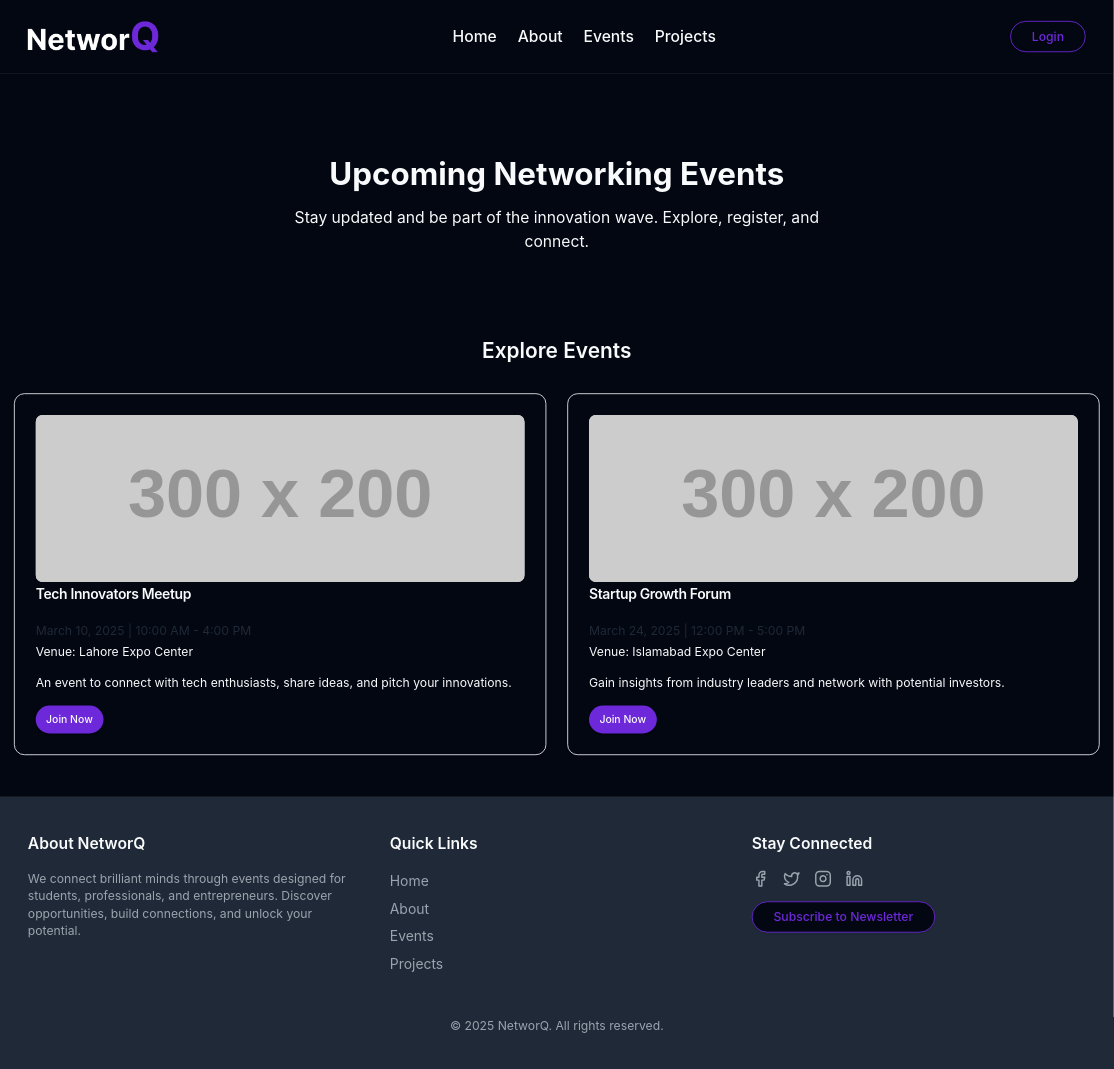
Repository: Wahab3917/Red-Pill-Coders-Hackathon-Submission
Page: /events (app in frontend/)
An editor plug-in stored every save of this project. The page is shown before and after the next save, followed by the edit.
The browser window is 1280 px wide. The pictures show the whole page, at 87% of full size.
The project was rebuilt for these pictures with package versions that can differ from the ones it lists, and the page was loaded fresh each time. Also part of the build but not shown: frontend/vite.config.js, frontend/src/layouts/AuthLayout.jsx, frontend/src/pages/Home.jsx, frontend/src/pages/About.jsx, frontend/src/pages/Project.jsx.

Above is the page before, as saved 2025-01-25 13:04:12.

### frontend/index.html
<!doctype html>
<html lang="en" class="dark">
  <head>
    <meta charset="UTF-8" />
    <link rel="icon" type="image/svg+xml" href="./src/assets/favicon.png" />
    <meta name="viewport" content="width=device-width, initial-scale=1.0" />
    <title>NetworQ</title>
  </head>
  <body>
    <div id="root"></div>
    <script type="module" src="/src/main.jsx"></script>
  </body>
</html>

### frontend/src/App.jsx
import { BrowserRouter as Router, Routes, Route } from "react-router-dom";
import AuthLayout from "./layouts/AuthLayout";
import PageLayout from "./layouts/pageLayout";

// PAGES
import Home from "./pages/Home.jsx";
import About from "./pages/About.jsx";
import Event from "./pages/Event.jsx";
import Project from "./pages/Project.jsx";
function App() {
  return (
    <Router>
      <Routes>
        <Route
          path="/"
          element={
            <PageLayout>
              <Home />
            </PageLayout>
          }
        />
        <Route
          path="/about"
          element={
            <PageLayout>
              <About />
            </PageLayout>
          }
        />
        <Route
          path="/events"
          element={
            <PageLayout>
              <Event />
            </PageLayout>
          }
        />
        <Route
          path="/projects"
          element={
            <PageLayout>
              <Project />
            </PageLayout>
          }
        />
      </Routes>
    </Router>
  );
}

export default App;

### frontend/src/layouts/PageLayout.jsx
import React from 'react';
import { Header, Footer } from '../components';

function PageLayout({children}) {
  return (
    <div className='min-h-screen flex flex-wrap content-between bg-gray-100'>
      <div className='w-full block'>
        <Header />
          <main>
            {children}
          </main>
        <Footer />
      </div>
    </div>
  )
}

export default PageLayout

### frontend/src/pages/Event.jsx
import { useState } from "react";
import { Button } from "@/components/ui/button";
import { Card, CardContent, CardHeader, CardTitle } from "@/components/ui/card";

import Image1 from "@/assets/images/chair.jpg";
import Image2 from "@/assets/images/people.jpg";
const eventsData = [
  {
    name: "Tech Innovators Meetup",
    date: "March 10, 2025",
    time: "10:00 AM - 4:00 PM",
    venue: "Lahore Expo Center",
    description:
      "An event to connect with tech enthusiasts, share ideas, and pitch your innovations.",
  },
  {
    name: "Startup Growth Forum",
    date: "March 24, 2025",
    time: "12:00 PM - 5:00 PM",
    venue: "Islamabad Expo Center",
    description:
      "Gain insights from industry leaders and network with potential investors.",
  },
];

export default function EventsPage() {
  const [isLoggedIn, setIsLoggedIn] = useState(true); // Toggle login state

  return (
    <>
      <main>
        <div className="relative h-full w-full bg-white">
          <div className="absolute h-full w-full bg-[radial-gradient(#e5e7eb_1px,transparent_1px)] [background-size:16px_16px] [mask-image:radial-gradient(ellipse_50%_50%_at_50%_50%,#000_70%,transparent_100%)]"></div>
        </div>

        <div className="bg-background text-foreground min-h-screen">
          {/* Events Header */}
          <section className="pt-24 pb-12">
            <div className="container mx-auto px-4 text-center">
              <h1 className="text-4xl font-bold mb-4">
                Upcoming Networking Events
              </h1>
              <p className="text-lg max-w-2xl mx-auto">
                Stay updated and be part of the innovation wave. Explore,
                register, and connect.
              </p>
            </div>
          </section>

          {/* Events List */}
          <section className="py-12">
            <div className="container mx-auto px-4">
              <h2 className="text-2xl font-semibold text-center mb-8">
                Explore Events
              </h2>
              <div className="grid grid-cols-1 sm:grid-cols-2 gap-6">
                {eventsData.map((event, index) => (
                  <Card key={index}>
                    <CardHeader>
                      {/* Placeholder Image */}
                      <div className="w-full h-48 bg-gray-200 rounded-lg overflow-hidden">
                        <img
                          src="https://via.placeholder.com/300x200"
                          alt={event.name}
                          className="w-full h-full object-cover"
                        />
                      </div>
                      <CardTitle className="mt-4">{event.name}</CardTitle>
                    </CardHeader>
                    <CardContent>
                      <p className="text-sm text-muted">
                        {event.date} | {event.time}
                      </p>
                      <p className="text-sm mt-1">Venue: {event.venue}</p>
                      <p className="text-sm mt-4">{event.description}</p>
                      {isLoggedIn ? (
                        <Button
                          size="sm"
                          className="bg-primary text-primary-foreground mt-4 rounded-full"
                        >
                          Join Now
                        </Button>
                      ) : (
                        <p className="text-sm text-muted mt-4">
                          Log in to register for this event.
                        </p>
                      )}
                    </CardContent>
                  </Card>
                ))}
              </div>
            </div>
          </section>
        </div>
      </main>
    </>
  );
}

### frontend/src/components/index.js
import Header from "./Header/Header";
import Footer from "./Footer/Footer";

export {
  Header, Footer
}

### frontend/src/components/ui/button.jsx
import * as React from "react"
import { Slot } from "@radix-ui/react-slot"
import { cva } from "class-variance-authority";

import { cn } from "@/lib/utils"

const buttonVariants = cva(
  "inline-flex items-center justify-center gap-2 whitespace-nowrap rounded-md text-sm font-medium transition-colors focus-visible:outline-none focus-visible:ring-1 focus-visible:ring-ring disabled:pointer-events-none disabled:opacity-50 [&_svg]:pointer-events-none [&_svg]:size-4 [&_svg]:shrink-0",
  {
    variants: {
      variant: {
        default:
          "bg-primary text-primary-foreground shadow hover:bg-primary/90",
        destructive:
          "bg-destructive text-destructive-foreground shadow-sm hover:bg-destructive/90",
        outline:
          "border border-input bg-background shadow-sm hover:bg-accent hover:text-accent-foreground",
        secondary:
          "bg-secondary text-secondary-foreground shadow-sm hover:bg-secondary/80",
        ghost: "hover:bg-accent hover:text-accent-foreground",
        link: "text-primary underline-offset-4 hover:underline",
      },
      size: {
        default: "h-9 px-4 py-2",
        sm: "h-8 rounded-md px-3 text-xs",
        lg: "h-10 rounded-md px-8",
        icon: "h-9 w-9",
      },
    },
    defaultVariants: {
      variant: "default",
      size: "default",
    },
  }
)

const Button = React.forwardRef(({ className, variant, size, asChild = false, ...props }, ref) => {
  const Comp = asChild ? Slot : "button"
  return (
    (<Comp
      className={cn(buttonVariants({ variant, size, className }))}
      ref={ref}
      {...props} />)
  );
})
Button.displayName = "Button"

export { Button, buttonVariants }

### frontend/src/components/ui/card.jsx
import * as React from "react"

import { cn } from "@/lib/utils"

const Card = React.forwardRef(({ className, ...props }, ref) => (
  <div
    ref={ref}
    className={cn("rounded-xl border bg-card text-card-foreground shadow", className)}
    {...props} />
))
Card.displayName = "Card"

const CardHeader = React.forwardRef(({ className, ...props }, ref) => (
  <div
    ref={ref}
    className={cn("flex flex-col space-y-1.5 p-6", className)}
    {...props} />
))
CardHeader.displayName = "CardHeader"

const CardTitle = React.forwardRef(({ className, ...props }, ref) => (
  <div
    ref={ref}
    className={cn("font-semibold leading-none tracking-tight", className)}
    {...props} />
))
CardTitle.displayName = "CardTitle"

const CardDescription = React.forwardRef(({ className, ...props }, ref) => (
  <div
    ref={ref}
    className={cn("text-sm text-muted-foreground", className)}
    {...props} />
))
CardDescription.displayName = "CardDescription"

const CardContent = React.forwardRef(({ className, ...props }, ref) => (
  <div ref={ref} className={cn("p-6 pt-0", className)} {...props} />
))
CardContent.displayName = "CardContent"

const CardFooter = React.forwardRef(({ className, ...props }, ref) => (
  <div
    ref={ref}
    className={cn("flex items-center p-6 pt-0", className)}
    {...props} />
))
CardFooter.displayName = "CardFooter"

export { Card, CardHeader, CardFooter, CardTitle, CardDescription, CardContent }

### frontend/src/components/Header/Header.jsx
import React from "react";
import { Link, useNavigate } from "react-router-dom";
import Logo from "../Logo";
import { Button } from "../ui/button";

function Header() {
  const navigate = useNavigate();

  const navItems = [
    { name: "Home", slug: "/", active: true },
    { name: "About", slug: "/about", active: true },
    { name: "Events", slug: "/events", active: true },
    { name: "Projects", slug: "/projects", active: true },
  ];

  return (
    <header className="flex justify-between items-center py-6 px-8 bg-background text-foreground shadow-md">
      {/* Logo Section */}
      <div>
        <Link to="/">
          <Logo width={150} />
        </Link>
      </div>

      {/* Navigation Section */}
      <nav className="flex gap-6">
        {navItems.map(
          (item) =>
            item.active && (
              <Link
                to={item.slug}
                key={item.name}
                className="text-lg font-medium hover:text-primary transition-colors"
              >
                {item.name}
              </Link>
            )
        )}
      </nav>

      {/* Actions Section */}
      <div>
        <Link to="/login">
          <Button
            variant="outline"
            className="py-2 px-6 rounded-full border-primary text-primary hover:bg-primary hover:text-primary-foreground transition-colors"
          >
            Login
          </Button>
        </Link>
      </div>
    </header>
  );
}

export default Header;

### frontend/src/components/Footer/Footer.jsx
import React from "react";
import { Link } from "react-router-dom";
import { Button } from "../ui/button";
import { Facebook, Twitter, Instagram, Linkedin } from "lucide-react";

function Footer() {
  return (
    <footer className="bg-muted text-muted-foreground py-10 px-8">
      <div className="container mx-auto grid md:grid-cols-3 gap-8">
        {/* About Section */}
        <div>
          <h4 className="text-lg font-semibold mb-4">About NetworQ</h4>
          <p className="text-sm">
            We connect brilliant minds through events designed for students, professionals, and entrepreneurs.
            Discover opportunities, build connections, and unlock your potential.
          </p>
        </div>

        {/* Navigation Links */}
        <div>
          <h4 className="text-lg font-semibold mb-4">Quick Links</h4>
          <ul className="space-y-2">
            <li>
              <Link to="/" className="hover:text-primary transition-colors">Home</Link>
            </li>
            <li>
              <Link to="/about" className="hover:text-primary transition-colors">About</Link>
            </li>
            <li>
              <Link to="/events" className="hover:text-primary transition-colors">Events</Link>
            </li>
            <li>
              <Link to="/projects" className="hover:text-primary transition-colors">Projects</Link>
            </li>
          </ul>
        </div>

        {/* Social Media & Newsletter */}
        <div>
          <h4 className="text-lg font-semibold mb-4">Stay Connected</h4>
          <div className="flex space-x-4 mb-4">
            <a
              href="https://facebook.com"
              target="_blank"
              rel="noopener noreferrer"
              className="text-muted-foreground hover:text-primary transition-colors"
            >
              <Facebook size={20} />
            </a>
            <a
              href="https://twitter.com"
              target="_blank"
              rel="noopener noreferrer"
              className="text-muted-foreground hover:text-primary transition-colors"
            >
              <Twitter size={20} />
            </a>
            <a
              href="https://instagram.com"
              target="_blank"
              rel="noopener noreferrer"
              className="text-muted-foreground hover:text-primary transition-colors"
            >
              <Instagram size={20} />
            </a>
            <a
              href="https://linkedin.com"
              target="_blank"
              rel="noopener noreferrer"
              className="text-muted-foreground hover:text-primary transition-colors"
            >
              <Linkedin size={20} />
            </a>
          </div>
          <Link to="/signup">
            <Button
              variant="outline"
              className="py-2 px-6 rounded-full border-primary text-primary hover:bg-primary hover:text-primary-foreground transition-colors"
            >
              Subscribe to Newsletter
            </Button>
          </Link>
        </div>
      </div>

      {/* Bottom Bar */}
      <div className="border-t border-border mt-8 pt-4 text-center">
        <p className="text-sm">
          © {new Date().getFullYear()} NetworQ. All rights reserved.
        </p>
      </div>
    </footer>
  );
}

export default Footer;

### frontend/src/components/Logo.jsx
import React from 'react';
import logo from '../assets/Logo.png';

function Logo({width}) {
  return (
    <img src={logo} alt="Logo" width={width} />
  )
}

export default Logo

### frontend/tailwind.config.js
const plugin = require("tailwindcss/plugin");
const { fontFamily } = require("tailwindcss/defaultTheme");

/** @type {import('tailwindcss').Config} */
module.exports = {
  darkMode: ["class"],
  content: ["./index.html", "./src/**/*.{ts,tsx,js,jsx}"],
  theme: {
    extend: {
      colors: {
        background: "hsl(var(--background))",
        foreground: "hsl(var(--foreground))",
        card: "hsl(var(--card))",
        "card-foreground": "hsl(var(--card-foreground))",
        popover: "hsl(var(--popover))",
        "popover-foreground": "hsl(var(--popover-foreground))",
        primary: "hsl(var(--primary))",
        "primary-foreground": "hsl(var(--primary-foreground))",
        secondary: "hsl(var(--secondary))",
        "secondary-foreground": "hsl(var(--secondary-foreground))",
        muted: "hsl(var(--muted))",
        "muted-foreground": "hsl(var(--muted-foreground))",
        accent: "hsl(var(--accent))",
        "accent-foreground": "hsl(var(--accent-foreground))",
        destructive: "hsl(var(--destructive))",
        "destructive-foreground": "hsl(var(--destructive-foreground))",
        border: "hsl(var(--border))",
        input: "hsl(var(--input))",
        ring: "hsl(var(--ring))",
      },
      borderRadius: {
        DEFAULT: "var(--radius)",
      },
      fontFamily: {
        sans: ["Inter", ...fontFamily.sans],
      },
      typography: {
        DEFAULT: {
          css: {
            h1: {
              fontSize: "3.5rem", // 56px
              fontWeight: "900",
              lineHeight: "4rem", // 64px
              color: "hsl(var(--foreground))",
            },
            h2: {
              fontSize: "2.875rem", // 46px
              fontWeight: "800",
              lineHeight: "3.25rem", // 52px
              color: "hsl(var(--foreground))",
            },
            h3: {
              fontSize: "2.25rem", // 36px
              fontWeight: "700",
              lineHeight: "2.75rem", // 44px
              color: "hsl(var(--foreground))",
            },
            h4: {
              fontSize: "1.875rem", // 30px
              fontWeight: "600",
              lineHeight: "2.25rem", // 36px
              color: "hsl(var(--foreground))",
            },
          },
        },
      },
    },
  },
  plugins: [
    require("tailwindcss-animate"),
    require("@tailwindcss/typography"),
    plugin(function ({ addBase }) {
      addBase({
        h1: {
          "@apply text-[56px] font-extrabold leading-[64px] text-foreground": "",
        },
        h2: {
          "@apply text-[46px] font-bold leading-[52px] text-foreground": "",
        },
        h3: {
          "@apply text-[36px] font-semibold leading-[44px] text-foreground": "",
        },
        h4: {
          "@apply text-[30px] font-medium leading-[36px] text-foreground": "",
        },
      });
    }),
  ],
};

Loaded but not shown: frontend/src/main.jsx (common file); frontend/src/index.css (common file); frontend/src/lib/utils.js (common file)

After the next save:
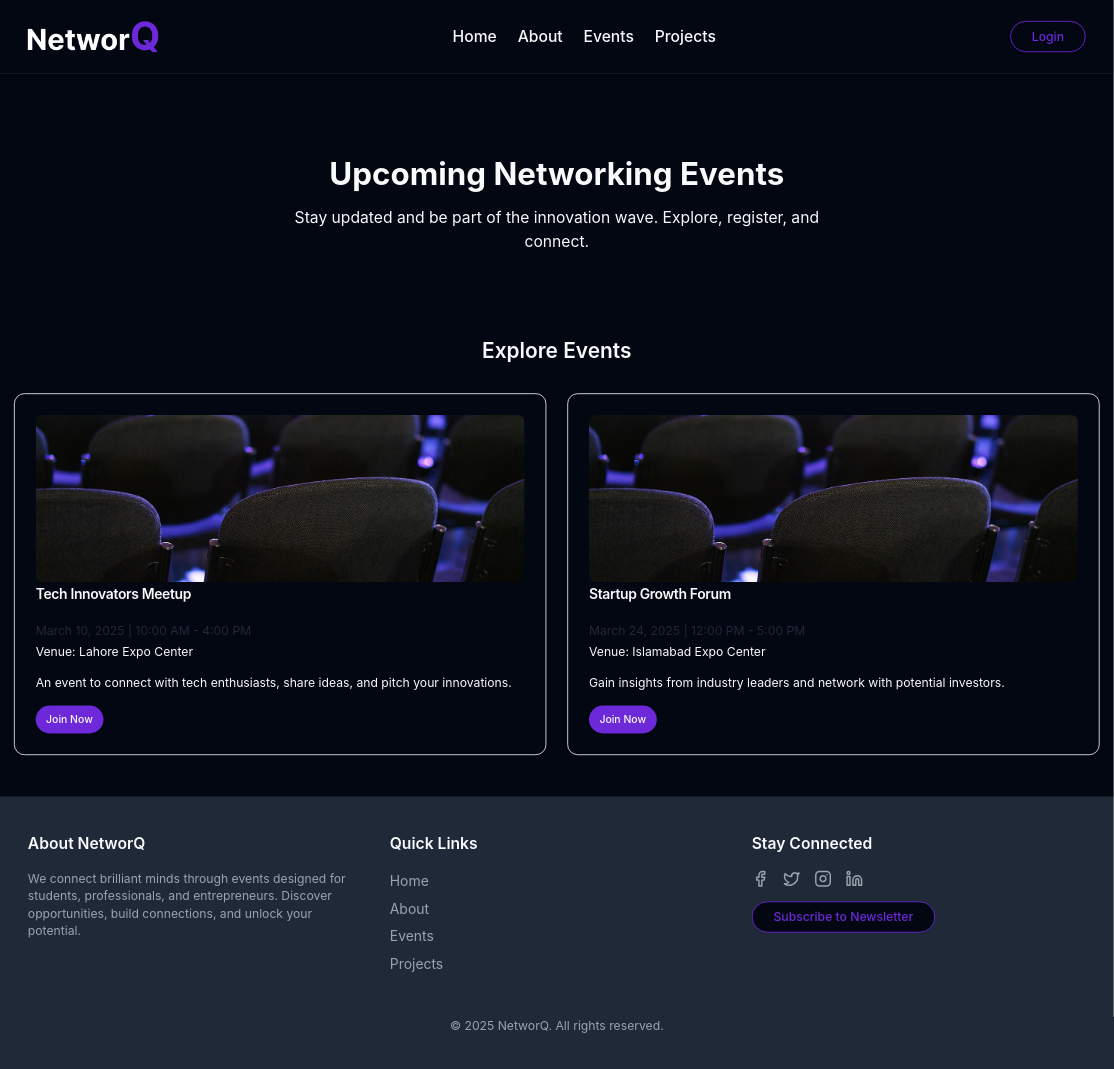
Saved 59 s later.
--- a/frontend/src/pages/Event.jsx
+++ b/frontend/src/pages/Event.jsx
@@ -2,8 +2,8 @@
 import { Button } from "@/components/ui/button";
 import { Card, CardContent, CardHeader, CardTitle } from "@/components/ui/card";
 
-import Image1 from "@/assets/images/chair.jpg";
-import Image2 from "@/assets/images/people.jpg";
+import Image1 from "./assets/images/chairs.jpg";
+import Image2 from "./assets/images/peoples.jpg";
 const eventsData = [
   {
     name: "Tech Innovators Meetup",
@@ -60,7 +60,7 @@
                       {/* Placeholder Image */}
                       <div className="w-full h-48 bg-gray-200 rounded-lg overflow-hidden">
                         <img
-                          src="https://via.placeholder.com/300x200"
+                          src={Image1}
                           alt={event.name}
                           className="w-full h-full object-cover"
                         />

After the 3 saves that followed:
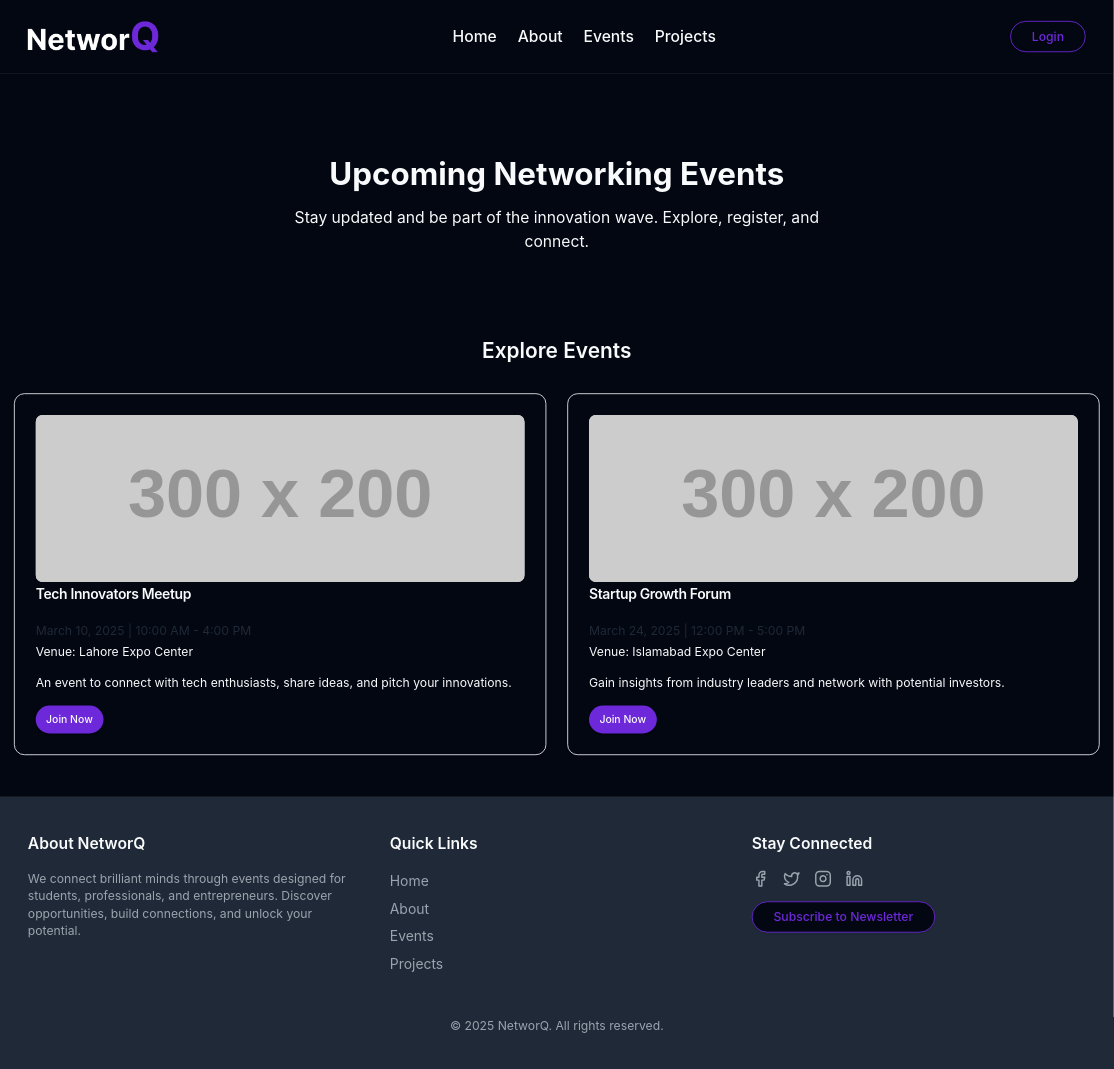
The 3 saves are shown as one change because 2 left the picture as it was.
The last was saved 2 min 8 s later.
--- a/frontend/src/pages/Event.jsx
+++ b/frontend/src/pages/Event.jsx
@@ -60,7 +60,7 @@
                       {/* Placeholder Image */}
                       <div className="w-full h-48 bg-gray-200 rounded-lg overflow-hidden">
                         <img
-                          src={Image1}
+                          src="https://via.placeholder.com/300x200"
                           alt={event.name}
                           className="w-full h-full object-cover"
                         />
